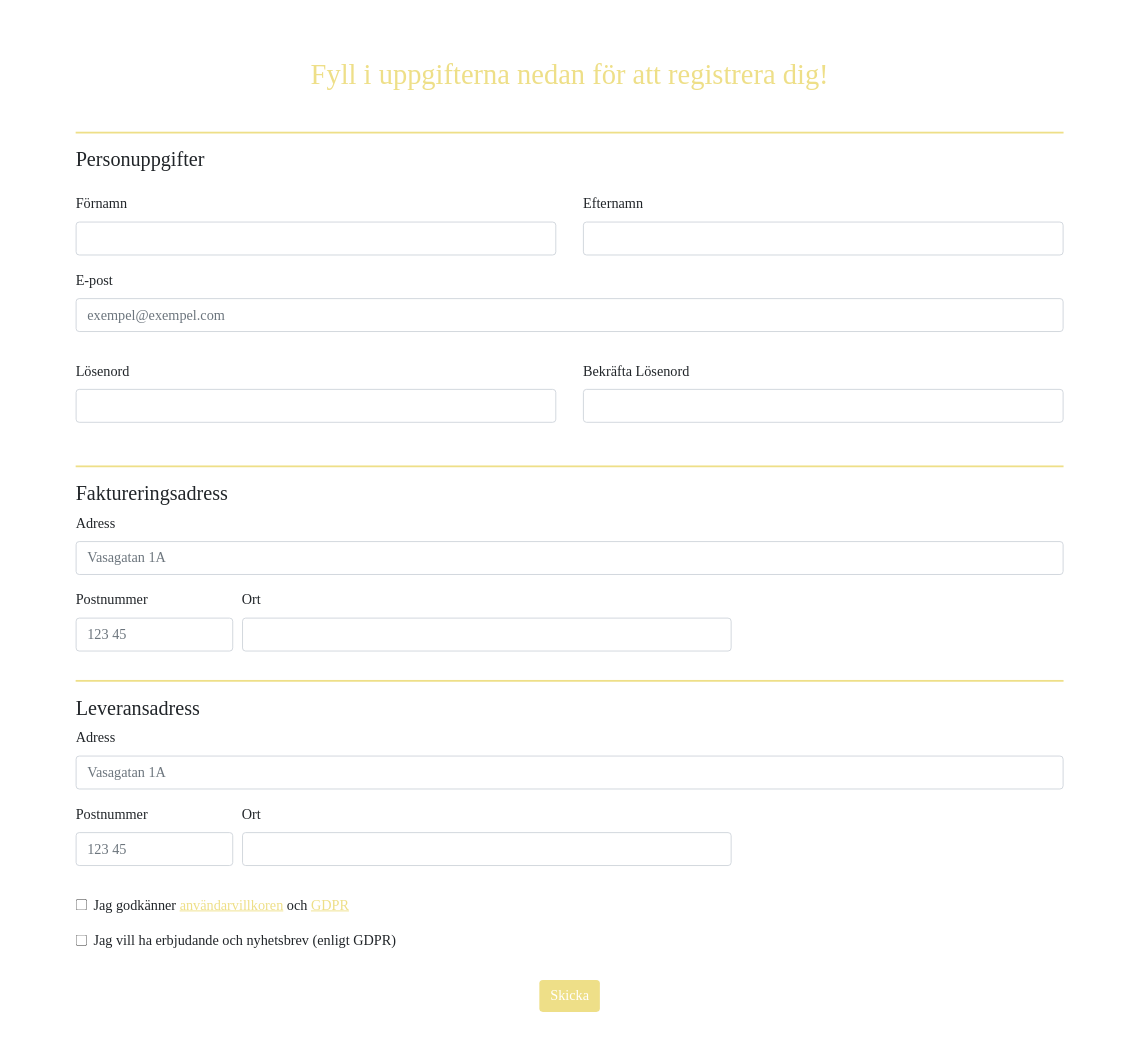
Repository: skepp4rn/Liamsuppgift3
Page: index.html
The author's editor kept a copy of each file at every save. The page is drawn from the files as they stood at one save, then again after the next save.
The browser window is 1280 px wide. The pictures show the whole page, at 89% of full size.
Some web libraries are served in a nearby version.

Above is the page before, as saved 2020-12-06 13:06:12.
Console error (its wording comes from the project's code and is left out).

### index.html
<!DOCTYPE html>
<html lang="sv">
<head>
    <meta charset="UTF-8">
    <meta name="viewport" content="width=device-width, initial-scale=1.0">
    <script src="https://kit.fontawesome.com/ef4c0722a8.js" crossorigin="anonymous"></script>
    <link rel="stylesheet" href="https://cdn.jsdelivr.net/npm/bootstrap@4.5.3/dist/css/bootstrap.min.css" integrity="sha384-TX8t27EcRE3e/ihU7zmQxVncDAy5uIKz4rEkgIXeMed4M0jlfIDPvg6uqKI2xXr2" crossorigin="anonymous">
    <link rel="stylesheet" href="css/style.css">
     <title>Registreringsfromulär</title>
</head>
<body>


    <section class="container">
        <div class="centrerade">
            <div class="welcome">
                <h2>Fyll i uppgifterna nedan för att registrera dig!</h2>
            </div>
        </div>
    </section>


    <form class="container" oninput='up2.setCustomValidity(up2.value != up.value ? "Passwords do not match." : "")'>
        <div class="linje"></div>
        <div>
            <h3>Personuppgifter</h3>
        </div>


        <div class="row">
            <div class="col">
                <label for="firstname">Förnamn</label>
                <input id="firstname" type="text" class="form-control" required>
            </div>

            <div class="col">
                <label for="lastname">Efternamn</label>
                <input id="lastname" type="text" class="form-control" required>
            </div>
        </div>


        <div class="form-group">
            <label for="exampleInputEmail1">E-post</label>
            <input type="email" class="form-control" id="exampleInputEmail1" aria-describedby="emailHelp" placeholder="exempel@exempel.com" required>
        </div>


        <div class="row">
            <div class="col">
                <div class="form-group">
                    <label for="exampleInputPassword1">Lösenord</label>
                    <input type="password" class="form-control" name="up" id="exampleInputPassword1" required>
                </div>
            </div>
            <div class="col">
                <div class="form-group space">
                    <label for="exampleInputPassword2">Bekräfta Lösenord</label>
                    <input type="password" class="form-control" name="up2" id="exampleInputPassword2" required>
                </div>
            </div>
        </div>


        <div class="linje"></div>
        <div>
            <h3>Faktureringsadress</h3>
        </div>


        <div class="form-group">
            <label for="inputAddress">Adress</label>
            <input type="text" class="form-control" id="inputAddress" placeholder="Vasagatan 1A" required>
        </div>


        <div class="form-row">
            <div class="form-group col-md-2">
                <label for="inputZip">Postnummer</label>
                <input type="text" class="form-control" id="inputZip" placeholder="123 45" required>
            </div>
            <div class="form-group col-md-6 bottenspace">
                <label for="inputCity">Ort</label>
                <input type="text" class="form-control" id="inputCity" required>
            </div>
        </div>


        <div class="linje"></div>
        <div>
            <h3>Leveransadress</h3>
        </div>


        <div class="form-group">
            <label for="inputAddress">Adress</label>
            <input type="text" class="form-control" id="inputAddress" placeholder="Vasagatan 1A" required>
        </div>


        <div class="form-row">
            <div class="form-group col-md-2">
                <label for="inputZip">Postnummer</label>
                <input type="text" class="form-control" id="inputZip" placeholder="123 45" required>
            </div>
            <div class="form-group col-md-6 bottenspace">
                <label for="inputCity">Ort</label>
                <input type="text" class="form-control" id="inputCity" required>
            </div>
        </div>


        <div class="form-group form-check">
            <input type="checkbox" class="form-check-input" id="exampleCheck1" required>
            <label class="form-check-label" for="exampleCheck1">Jag godkänner <a class="linktext" href="anvandrarvillkor.html">användarvillkoren</a> och <a class="linktext" href="GDPR.html">GDPR</a></label>
        </div>


        <div class="form-group form-check">
            <input type="checkbox" class="form-check-input" id="exampleCheck2">
            <label class="form-check-label" for="exampleCheck1">Jag vill ha erbjudande och nyhetsbrev (enligt GDPR)</label>
        </div>


        <div class="centreradknapp">
            <button formaction="tacksida.html" type="submit" class="colorbutton btn btn-primary">Skicka</button>
        </div>


        <div class="whitespace"></div>
    </form>

    <script src="https://cdn.jsdelivr.net/npm/bootstrap@4.5.3/dist/js/bootstrap.bundle.min.js" integrity="sha384-ho+j7jyWK8fNQe+A12Hb8AhRq26LrZ/JpcUGGOn+Y7RsweNrtN/tE3MoK7ZeZDyx" crossorigin="anonymous"></script>
</body>
</html>

### css/style.css
*{box-sizing:border-box}

html,body{margin:0;padding:0;font-family:'Times New Roman', Times, serif}
h3{font-size:17pt}.container{width:90vw;margin:auto}
.row{padding-top:1rem;display:grid;grid-template-columns:1fr;grid-template-rows:1fr 1fr}
.col{padding-bottom:1rem}
.whitespace{height:3rem}
@media (min-width: 758px){.row{display:grid;grid-template-rows:1fr;grid-template-columns:1fr 1fr}
.tillbaka{width:10vw;height:6vw !important;font-size:20pt}
.centrerade{grid-template-rows:15fr 1fr !important;padding-top:2rem;padding-bottom:2rem}
.tacktack{width:70vw;margin:auto;height:40vw}
.tackruta{text-align:center;padding:2rem}}
@media (min-width: 1900px){.container{width:100vw !important}
.tacktack{width:50vw;margin:auto;height:20vw}.tillbaka{width:12vw !important;height:2.5vw !important;font-size:20pt}
.centrerade{grid-template-rows:15fr 1fr !important;padding-top:2rem;padding-bottom:2rem}}
#firstname{color:grey}
#lastname{color:grey}
#exampleInputEmail1{color:grey}
#exampleInputPassword1{color:grey}
#exampleInputPassword2{color:grey}
.centreradknapp{padding-top:1rem;display:flex;justify-content:center}
.colorbutton{background-color:#eedf88;border:none}
.linje{height:2px;background-color:#eedf88;margin-bottom:1rem}
.bottenspace{margin-bottom:2rem}
.linktext{color:#eedf88;text-decoration:underline}
.tacktack{border:2px solid #eedf88;border-radius:10px;display:grid;grid-template-columns:1fr;grid-template-rows:3fr 1fr;justify-items:center;margin-top:8rem}
.tackruta{text-align:center;padding:2rem}
.tillbaka{background-color:#eedf88;border-radius:8px;text-align:center;width:40vw;height:7vw}
.tillbaka a{color:#ffffff;text-decoration:none}
.home{text-align:center}
.centrerade{display:grid;grid-template-columns:1fr;grid-template-rows:27fr 1fr;justify-items:center;margin:auto}
.gdpr{text-align:center}.welcome{padding-top:2rem;text-align:center}
.welcome h2{color:#eedf88}
.space{padding-bottom:1rem}

After the next save:
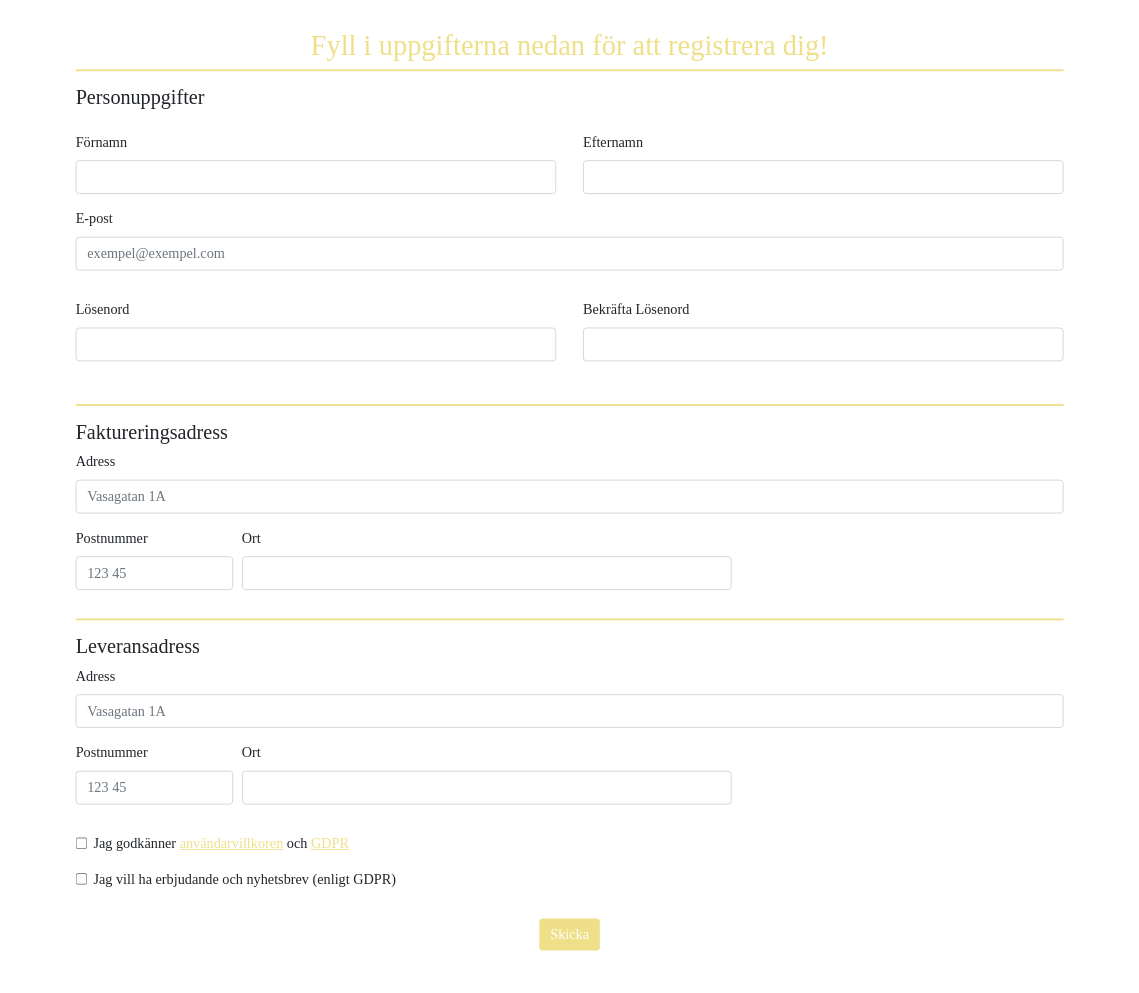
Saved 83 s later.
--- a/index.html
+++ b/index.html
@@ -12,10 +12,8 @@
 
 
     <section class="container">
-        <div class="centrerade">
-            <div class="welcome">
-                <h2>Fyll i uppgifterna nedan för att registrera dig!</h2>
-            </div>
+        <div class="welcome">
+            <h2>Fyll i uppgifterna nedan för att registrera dig!</h2>
         </div>
     </section>
 
